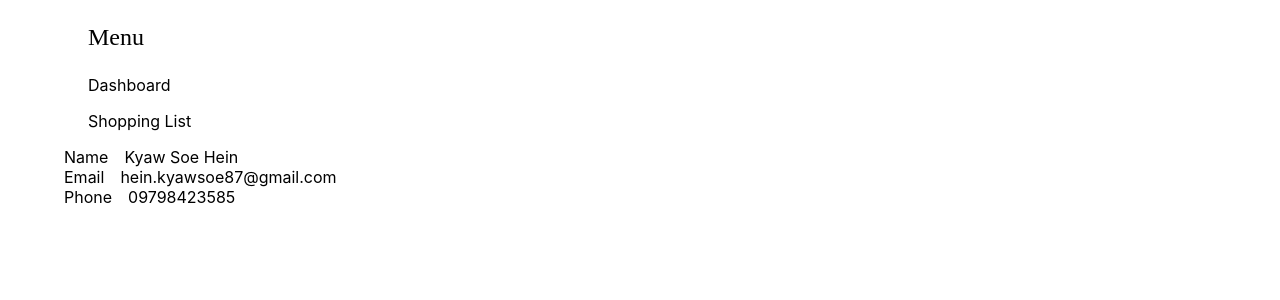
Repository: KyawSoeHein/GoogleAuthReact
Page: /
These files come from the project's save history. The page is drawn as it stood at one moment and after the next save; the edit follows.
The browser window is 1280 px wide. The pictures show the whole page.
The project was rebuilt for these pictures with package versions that can differ from the ones it lists, and the page was loaded fresh each time.

Above is the page before, as saved 2022-02-14 18:46:01.

After the next save:
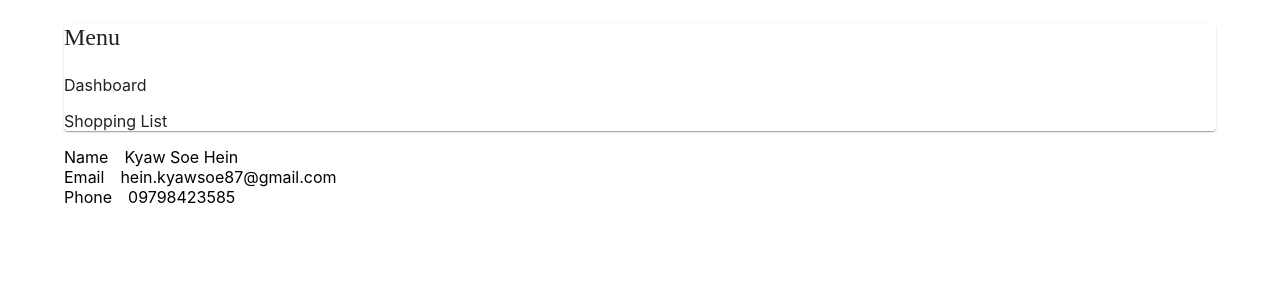
Saved 80 s later.
--- a/src/Components/MenuSelection.tsx
+++ b/src/Components/MenuSelection.tsx
@@ -1,15 +1,15 @@
 import React from "react";
-import { Container, Grid, Stack } from "@mui/material";
+import { Container, Grid, Paper, Stack } from "@mui/material";
 import "../App.css";
 
 const MenuSelection = () => {
   return (
-    <Container>
+    <Paper>
       <p className="menuSelectionTitle">Menu</p>
 
       <p>Dashboard</p>
       <p>Shopping List</p>
-    </Container>
+    </Paper>
   );
 };
 
